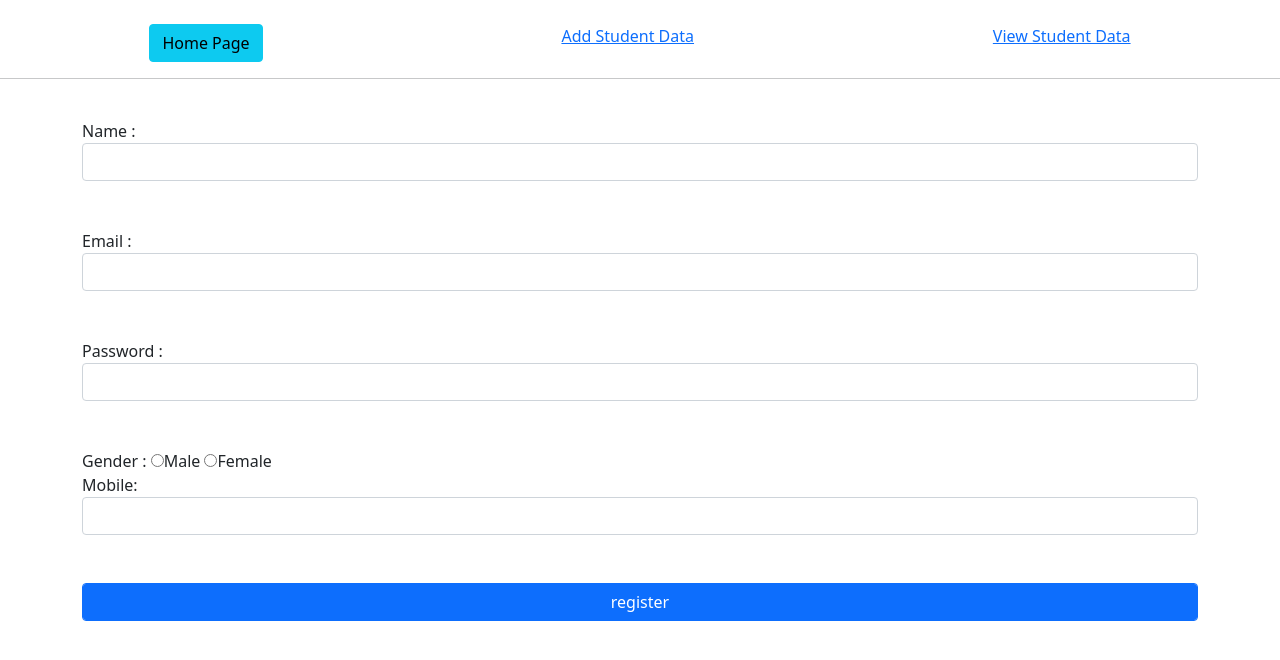
Repository: KrishMoradiya/Aixtor-Training-Projects-Backup
Page: http://localhost/CRUD_Student/Register.jsp
The author's editor kept a copy of each file at every save. The page is drawn from the files as they stood at one save, then again after the next save.
The browser window is 1280 px wide. The pictures show the whole page.
The page is served by Tomcat 10. Nobody is signed in. The application's start-up code is not run. Other server files are loaded and not shown.

Above is the page before, as saved 2023-12-23 10:05:15.

### Workspace - Eclipse Enterprise Edition/CRUD_Student/src/main/webapp/Register.jsp
<%@ page language="java" contentType="text/html; charset=UTF-8"
    pageEncoding="UTF-8"%>
<!DOCTYPE html PUBLIC "-//W3C//DTD HTML 4.01 Transitional//EN" "http://www.w3.org/TR/html4/loose.dtd">
<html>
<head>
<meta http-equiv="Content-Type" content="text/html; charset=UTF-8">
<title>Register here</title>
<script type="text/javascript" src="FormValidation.js"></script>
</head>
<body>
	<jsp:include page="header.jsp"></jsp:include>
	<div class="container">
		<form action="Register" name="registerForm" method="Post">
			Name : <input class="form-control" type="text" name="name" /> <br /> <br />
			Email : <input class="form-control" type="email" name="email" /> <br /> <br />
			Password : <input class="form-control" type="password" name="password" /> <br /> <br />
			Gender : <input	type="radio" name="gender" value="Male" />Male <input type="radio" name="gender" value="Female" />Female<br />
			Mobile: <input type="text" class="form-control" name="mobile" /> <br /> <br />
			<input type="submit" class="form-control btn btn-primary" value="register" onclick="return registerFormValidation();">
		</form>
	</div>
</body>
</html>

### Workspace - Eclipse Enterprise Edition/CRUD_Student/src/main/webapp/header.jsp
<%@page import="com.Classes.AuthUser"%>
<%@ page language="java" contentType="text/html; charset=UTF-8"
    pageEncoding="UTF-8"%>
<!DOCTYPE html PUBLIC "-//W3C//DTD HTML 4.01 Transitional//EN" "http://www.w3.org/TR/html4/loose.dtd">
<html>
<head>
<meta http-equiv="Content-Type" content="text/html; charset=UTF-8">
<title>Insert title here</title>
<link href="https://cdn.jsdelivr.net/npm/bootstrap@5.0.2/dist/css/bootstrap.min.css" rel="stylesheet" integrity="sha384-EVSTQN3/azprG1Anm3QDgpJLIm9Nao0Yz1ztcQTwFspd3yD65VohhpuuCOmLASjC" crossorigin="anonymous">
</head>
<body>
	<br>
	<center>
		<div type="circle" class="justify-content-around d-flex">
			<div><a href="index.jsp" class="btn-info btn" >Home Page</a></div>
			<div><a href="Register.jsp">Add Student Data</a></div>
			<div><a href="/CRUD_Student/GetStudentData" >View Student Data</a></div>
		</div>
		<hr><br>
	</center>
</body>
</html>

### Workspace - Eclipse Enterprise Edition/CRUD_Student/src/main/webapp/FormValidation.js
function signInValidate(){
	let loginForm = document.loginForm;
	let username = loginForm.email;
	let password = loginForm.password;
	if(username.value == ""){
		alert("Enter Username...");
		username.focus();
		return false
	}
	if(password.value == ""){
		alert("Enter Password...");
		password.focus();
		return false
	}
}

function editFormValidation(){
	let editForm = document.editForm;
	let name = editForm.name;
	let email = editForm.email;
	let password = editForm.password;
	let gender = editForm.gender;
	let mobile = editForm.mobile;
	if(name.value == ""){
		alert("Enter Name...");
		username.focus();
		return false
	}
	if(email.value == ""){
		alert("Enter Email...");
		username.focus();
		return false
	}
	if(mobile.value == ""){
		alert("Enter Mobile Number...");
		username.focus();
		return false
	}
	if(gender.value == ""){
		alert("Enter Gender...");
		username.focus();
		return false
	}
	if(password.value == ""){
		alert("Enter Password...");
		username.focus();
		return false
	}
}

function registerFormValidation(){
	let registerForm = document.registerForm;
	let name = registerForm.name;
	let email = registerForm.email;
	let password = registerForm.password;
	let gender = registerForm.gender;
	let mobile = registerForm.mobile;
	if(name.value == ""){
		alert("Enter Name...");
		username.focus();
		return false
	}
	if(email.value == ""){
		alert("Enter Email...");
		username.focus();
		return false
	}
	if(mobile.value == ""){
		alert("Enter Mobile Number...");
		username.focus();
		return false
	}
	if(gender.value == ""){
		alert("Enter Gender...");
		username.focus();
		return false
	}
	if(password.value == ""){
		alert("Enter Password...");
		username.focus();
		return false
	}
}

After the next save:
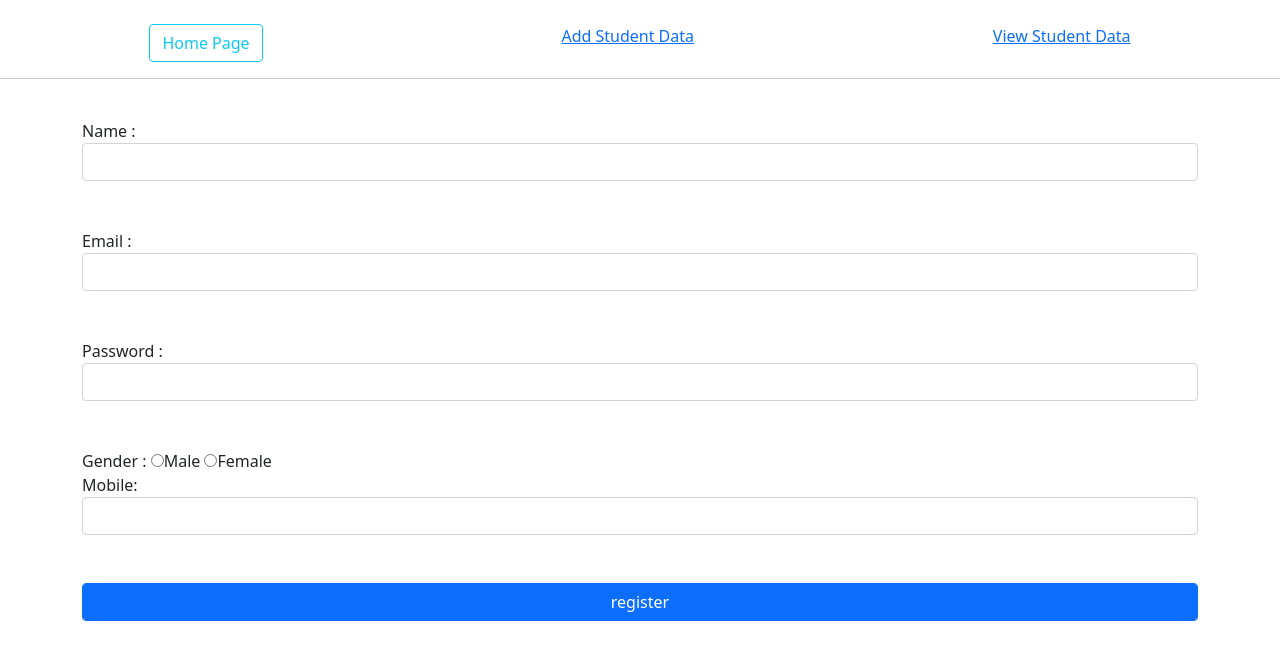
Saved 28 s later.
--- a/Workspace - Eclipse Enterprise Edition/CRUD_Student/src/main/webapp/header.jsp
+++ b/Workspace - Eclipse Enterprise Edition/CRUD_Student/src/main/webapp/header.jsp
@@ -12,7 +12,7 @@
 	<br>
 	<center>
 		<div type="circle" class="justify-content-around d-flex">
-			<div><a href="index.jsp" class="btn-info btn" >Home Page</a></div>
+			<div><a href="index.jsp" class="btn-outline-info btn" >Home Page</a></div>
 			<div><a href="Register.jsp">Add Student Data</a></div>
 			<div><a href="/CRUD_Student/GetStudentData" >View Student Data</a></div>
 		</div>
